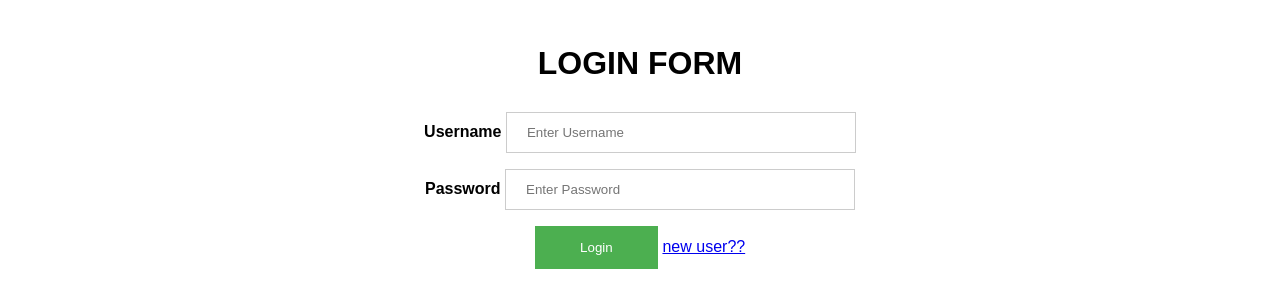
Repository: mugdha97/JSPServlet
Page: http://localhost/com.bridgelabz.loginRegister/login.jsp
These files come from the project's save history. The page is drawn as it stood at one moment and after the next save; the edit follows.
The browser window is 1280 px wide. The pictures show the whole page.
The page is served by Tomcat 9. Other server files are loaded and not shown.

Above is the page before, as saved 2019-10-19 05:09:47.

### com.bridgelabz.loginRegister/WebContent/login.jsp
<%@ page language="java" contentType="text/html; charset=UTF-8"
    pageEncoding="UTF-8"%>
<!DOCTYPE html>
<html>
<head>
<meta charset="UTF-8">
<link rel="stylesheet" href="login.css"> <!-- add css files -->
</head>
<body>
<center>
<form action="login" method="post">
<div class="container">
		<div><h1> LOGIN FORM</h1></div>
      <label for="uname"><b>Username</b></label>
      <input type="text" placeholder="Enter Username" name="uname" required><br>

      <label for="psw"><b>Password</b></label>
      <input type="password" placeholder="Enter Password" name="password" required><br>

      <button type="submit"value="login">Login</button>
     <a href="Registration.jsp">new user??</a>
    </div>
    </form>
    </center>
</body>
</html>

### com.bridgelabz.loginRegister/WebContent/login.css
body {font-family: Arial, Helvetica, sans-serif;}

/* Full-width input fields */
input[type=text], input[type=password] {
  width: 25%;
  padding: 12px 20px;
  margin: 8px 0;
  display: inline-block;
  border: 1px solid #ccc;

}

/* Set a style for all buttons */
button {
  background-color: #4CAF50;
  color: white;
  padding: 14px 20px;
  margin: 8px 0;
  border: none;
  cursor: pointer;
  width: 10%;
}

button:hover {
  opacity: 0.8;
}

/* Extra styles for the cancel button */


.container {
  padding: 16px;
}

span.psw {
  float: right;
  padding-top: 16px;
}

/* The Modal (background) */
.modal {
  display: none; /* Hidden by default */
  position: fixed; /* Stay in place */
  z-index: 1; /* Sit on top */
  left: 0;
  top: 0;
  width: 100%; /* Full width */
  height: 100%; /* Full height */
  overflow: auto; /* Enable scroll if needed */
  background-color: rgb(0,0,0); /* Fallback color */
  background-color: rgba(0,0,0,0.4); /* Black w/ opacity */
  padding-top: 60px;
  align:center;
}

/* Modal Content/Box */
.modal-content {
  background-color: #fefefe;
  margin: 5% auto 15% auto; /* 5% from the top, 15% from the bottom and centered */
  border: 1px solid #888;
  width: 80%; /* Could be more or less, depending on screen size */
}

/* The Close Button (x) */
.close {
  position: absolute;
  right: 25px;
  top: 0;
  color: #000;
  font-size: 35px;
  font-weight: bold;
}

.close:hover,
.close:focus {
  color: red;
  cursor: pointer;
}

After the next save:
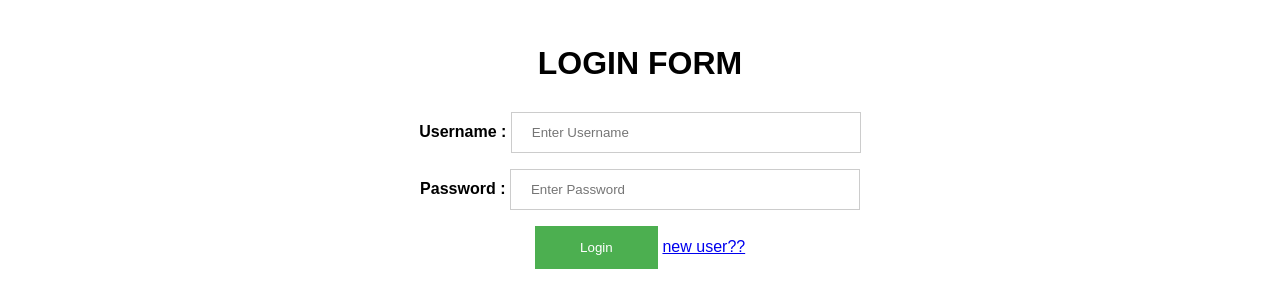
Saved 46 s later.
--- a/com.bridgelabz.loginRegister/WebContent/login.jsp
+++ b/com.bridgelabz.loginRegister/WebContent/login.jsp
@@ -11,10 +11,10 @@
 <form action="login" method="post">
 <div class="container">
 		<div><h1> LOGIN FORM</h1></div>
-      <label for="uname"><b>Username</b></label>
+      <label for="uname"><b>Username : </b></label>
       <input type="text" placeholder="Enter Username" name="uname" required><br>
 
-      <label for="psw"><b>Password</b></label>
+      <label for="psw"><b>Password : </b></label>
       <input type="password" placeholder="Enter Password" name="password" required><br>
 
       <button type="submit"value="login">Login</button>
